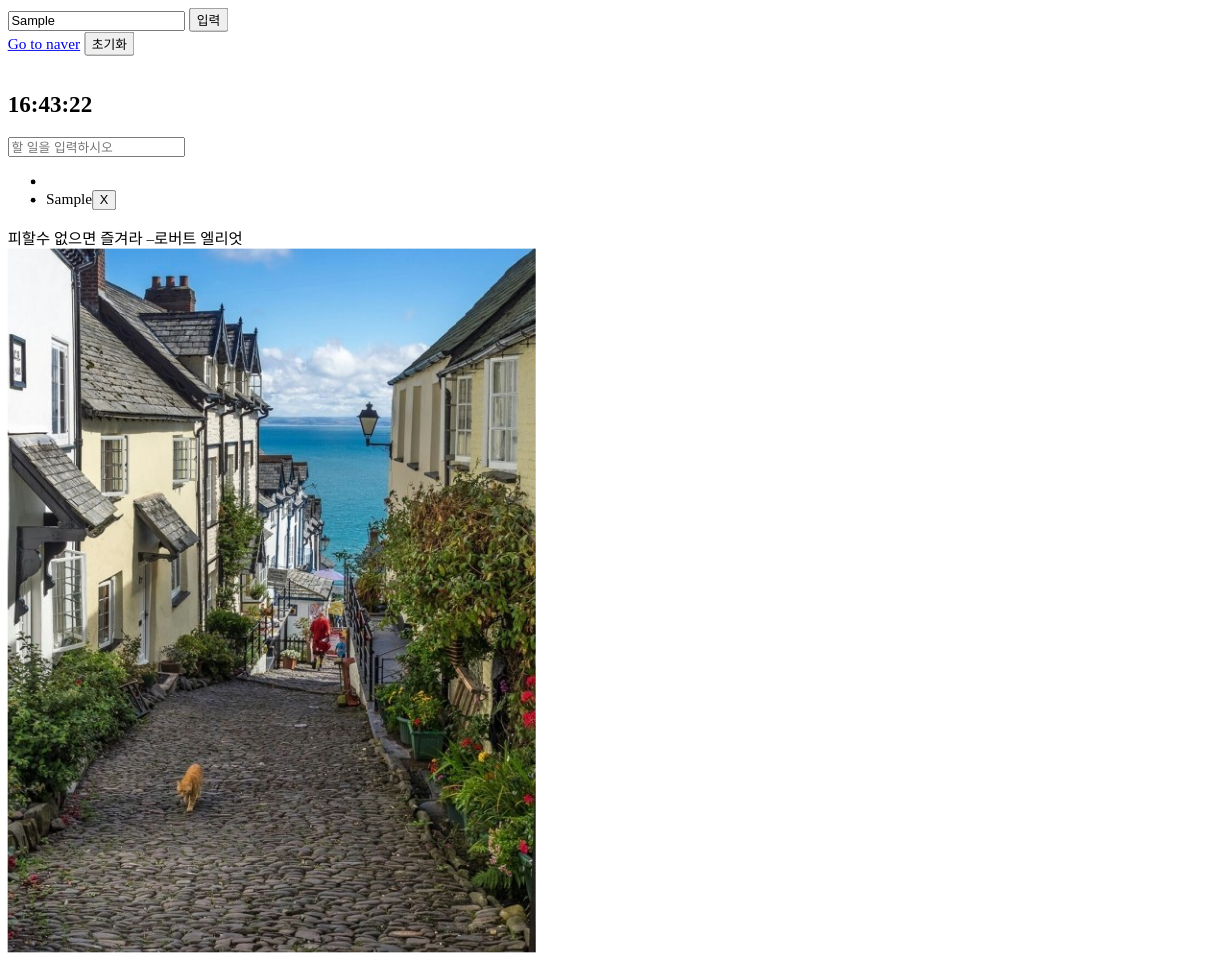
Repository: jun01270/F-E-practice
Page: index.html
The author's editor kept a copy of each file at every save. The page is drawn from the files as they stood at one save, then again after the next save.
The browser window is 1280 px wide. The pictures show the whole page, at 96% of full size.
Empty fields were first filled with sample values (such as "Sample", 5 or name@example.com).
After loading, the first visible `#todo-form` was submitted once.

Above is the page before, as saved 2022-12-26 17:24:58.

### index.html
<!DOCTYPE html>
<html lang="en">
  <head>
    <meta charset="UTF-8" />
    <meta http-equiv="X-UA-Compatible" content="IE=edge" />
    <meta name="viewport" content="width=device-width, initial-scale=1.0" />
    <link rel="stylesheet" href="/css/style.css" />
    <title>Document</title>
  </head>
  <body>
    <form id="userName-form" class="hidden">
      <input required type="text" placeholder="이름이 뭔가요?" />
      <input type="submit" value="입력" />
    </form>
    <div>
      <a href="https://naver.com">Go to naver</a>
      <h1 id="result" class="hidden"></h1>
      <button class="boom">초기화</button>
    </div>
    <br />
    <h2 id="clock">00:00:00</h2>
    <form id="todo-form">
      <input type="text" placeholder="할 일을 입력하시오" />
    </form>
    <ul id="todo-list">
      <li></li>
    </ul>
    <div id="quote">
      <span></span>
      <span></span>
    </div>
    <script src="/js/greeting.js"></script>
    <script src="/js/clock.js"></script>
    <script src="/js/quotes.js"></script>
    <script src="/js/background.js"></script>
    <script src="js/todo.js"></script>
  </body>
</html>

### js/greeting.js
const userNameBtn = document.querySelector("#userName-form submit");
const userName = document.querySelector("#userName-form input");
const loginForm = document.querySelector("#userName-form");
const firstH1 = document.getElementById("result");
const SavedUserName = localStorage.getItem("username");
const HIDDEN_CLASSNAME = "hidden";
const toStart = document.querySelector("button.boom");

function loginResult(e) {
  e.preventDefault();
  loginForm.classList.add(HIDDEN_CLASSNAME);
  const userName1 = userName.value;
  localStorage.setItem("username", userName1);
  paintUserName();
}

function paintUserName() {
  const userName1 = localStorage.getItem("username");
  firstH1.innerText = `Hello ${userName1}`;
  firstH1.classList.remove(HIDDEN_CLASSNAME);
}

if (SavedUserName === null) {
  loginForm.classList.remove(HIDDEN_CLASSNAME);
  loginForm.addEventListener("submit", loginResult);
} else {
  paintUserName();
}

function deleteUserName() {
  localStorage.removeItem("username");
  location.reload();
}

toStart.addEventListener("click", deleteUserName);
console.log(toStart.className);

### js/clock.js
const clock = document.querySelector("h2#clock");

function getClock() {
  const date = new Date();
  let Hours = String(date.getHours()).padStart(2, "0");
  let Minutes = String(date.getMinutes()).padStart(2, "0");
  let Seconds = String(date.getSeconds()).padStart(2, "0");
  console.log(`${date.getHours()}:${date.getMinutes()}:${date.getSeconds()}`);
  clock.innerText = `${Hours}:${Minutes}:${Seconds}`;
}

getClock();
setInterval(getClock, 1000);

### js/quotes.js
const quotes = [
  {
    quote: "삶이 있는 한 희망은 있다",
    author: "-키케로",
  },
  {
    quote: "산다는것 그것은 치열한 전투이다.",
    author: "-로망로랑",
  },
  {
    quote: "하루에 3시간을 걸으면 7년 후에 지구를 한바퀴 돌 수 있다. ",
    author: "-사무엘존슨",
  },
  {
    quote: "언제나 현재에 집중할수 있다면 행복할것이다. ",
    author: "-파울로 코엘료",
  },
  {
    quote:
      "진정으로 웃으려면 고통을 참아야하며 , 나아가 고통을 즐길 줄 알아야 해 ",
    author: "-찰리 채플린",
  },
  {
    quote: "직업에서 행복을 찾아라. 아니면 행복이 무엇인지 절대 모를 것이다 ",
    author: "-엘버트 허버드",
  },
  {
    quote: "신은 용기있는자를 결코 버리지 않는다 ",
    author: "-켄러",
  },
  {
    quote:
      "행복의 문이 하나 닫히면 다른 문이 열린다 그러나 우리는 종종 닫힌 문을 멍하니 바라보다가 우리를 향해 열린 문을 보지 못하게 된다 ",
    author: "–헬렌켈러",
  },
  {
    quote: "피할수 없으면 즐겨라 ",
    author: "–로버트 엘리엇",
  },
];
const quoteCount = quotes.length;
const quote = document.querySelector("#quote span:first-child");
const author = document.querySelector("#quote span:last-child");
const todaysQuote = quotes[Math.floor(Math.random() * quoteCount)];

function showQuote() {
  console.log(quotes[Math.floor(Math.random() * quoteCount)]);
  quote.innerText = todaysQuote.quote;
  author.innerText = todaysQuote.author;
}

setInterval(showQuote, 1000);

### js/background.js
const images = ["flower.jpg", "street.jpg", "tree.jpg"];
const chosenImage = images[Math.floor(Math.random() * images.length)];
const bgImage = document.createElement("img");

bgImage.src = `img/${chosenImage}`;

document.body.appendChild(bgImage);

### js/todo.js
const toDoForm = document.getElementById("todo-form");
const toDoInput = document.querySelector("#todo-form input");
const toDoList = document.getElementById("todo-list");
const TODOS_KEY = "todos";
let toDos = [];

function saveToDoLists() {
  localStorage.setItem(TODOS_KEY, JSON.stringify(toDos));
}

function deleteToDo(e) {
  const todoLists = e.target.parentElement;
  console.log(e.target.parentElement);
  todoLists.remove();
  localStorage.removeItem(TODOS_KEY, todoLists);
}

function paintToDo(newToDo) {
  const listOfToDo = document.createElement("li");
  const span = document.createElement("span");
  span.innerText = newToDo;
  const deleteButton = document.createElement("button");
  deleteButton.innerText = "X";
  deleteButton.addEventListener("click", deleteToDo);
  listOfToDo.appendChild(span);
  listOfToDo.appendChild(deleteButton);
  toDoList.appendChild(listOfToDo);
}

function handleToDoSubmit(e) {
  e.preventDefault();
  const newToDo = toDoInput.value;
  toDoInput.value = "";
  const newToDoObj = {
    text: newToDo,
    Id: Date.now(),
  };
  toDos.push(newToDoObj);
  paintToDo(newToDo);
  saveToDoLists();
}

toDoForm.addEventListener("submit", handleToDoSubmit);

const getToDo = localStorage.getItem(TODOS_KEY);
if (getToDo !== null) {
  const parseToDo = JSON.parse(getToDo);
  toDos = parseToDo;
  parseToDo.forEach(paintToDo);
  console.dir(parseToDo);
}

Loaded but not shown: css/style.css (common file)

After the next save:
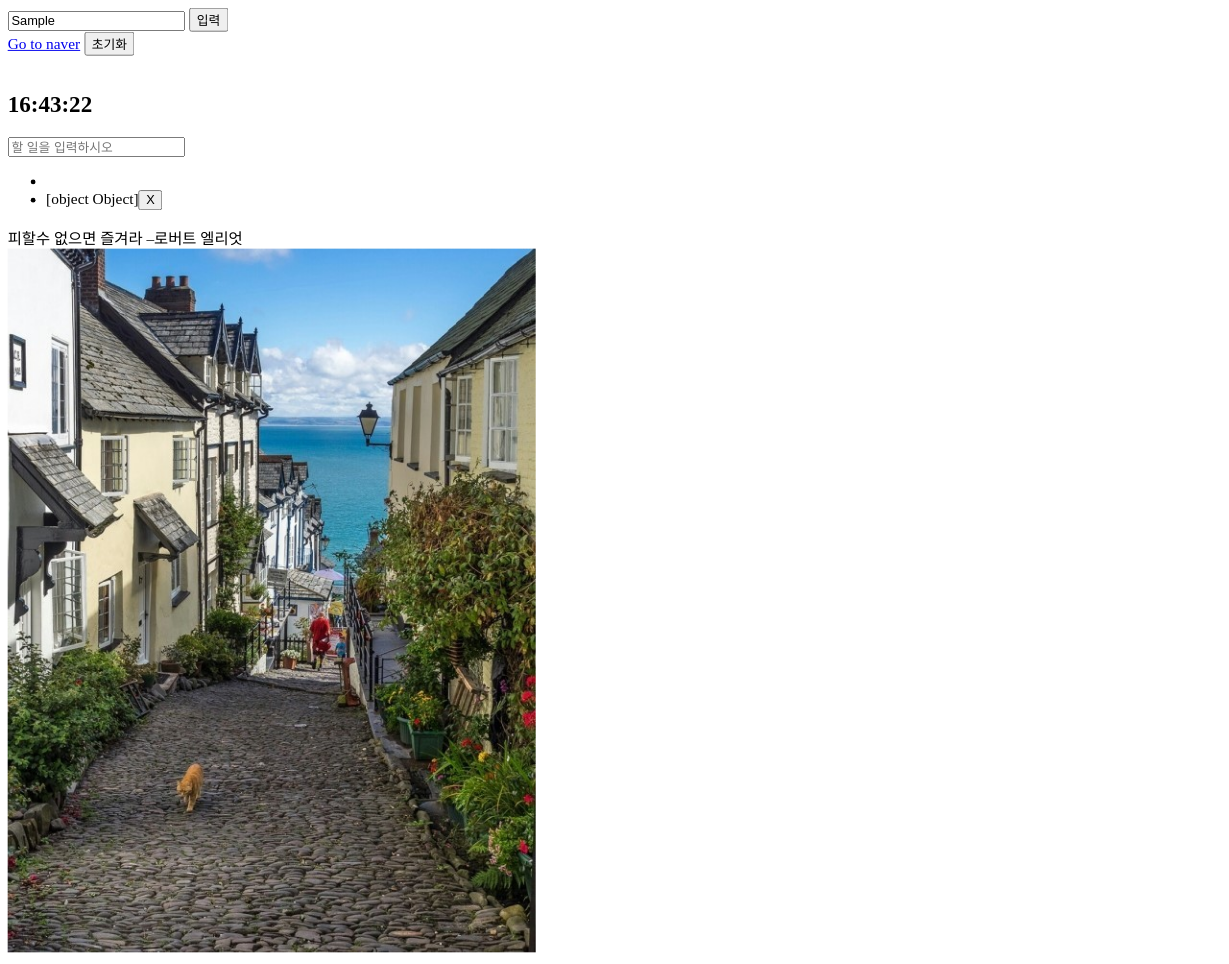
Saved 89 s later.
--- a/js/todo.js
+++ b/js/todo.js
@@ -10,7 +10,6 @@
 
 function deleteToDo(e) {
   const todoLists = e.target.parentElement;
-  console.log(e.target.parentElement);
   todoLists.remove();
   localStorage.removeItem(TODOS_KEY, todoLists);
 }
@@ -36,7 +35,7 @@
     Id: Date.now(),
   };
   toDos.push(newToDoObj);
-  paintToDo(newToDo);
+  paintToDo(newToDoObj);
   saveToDoLists();
 }
 

After the save that followed:
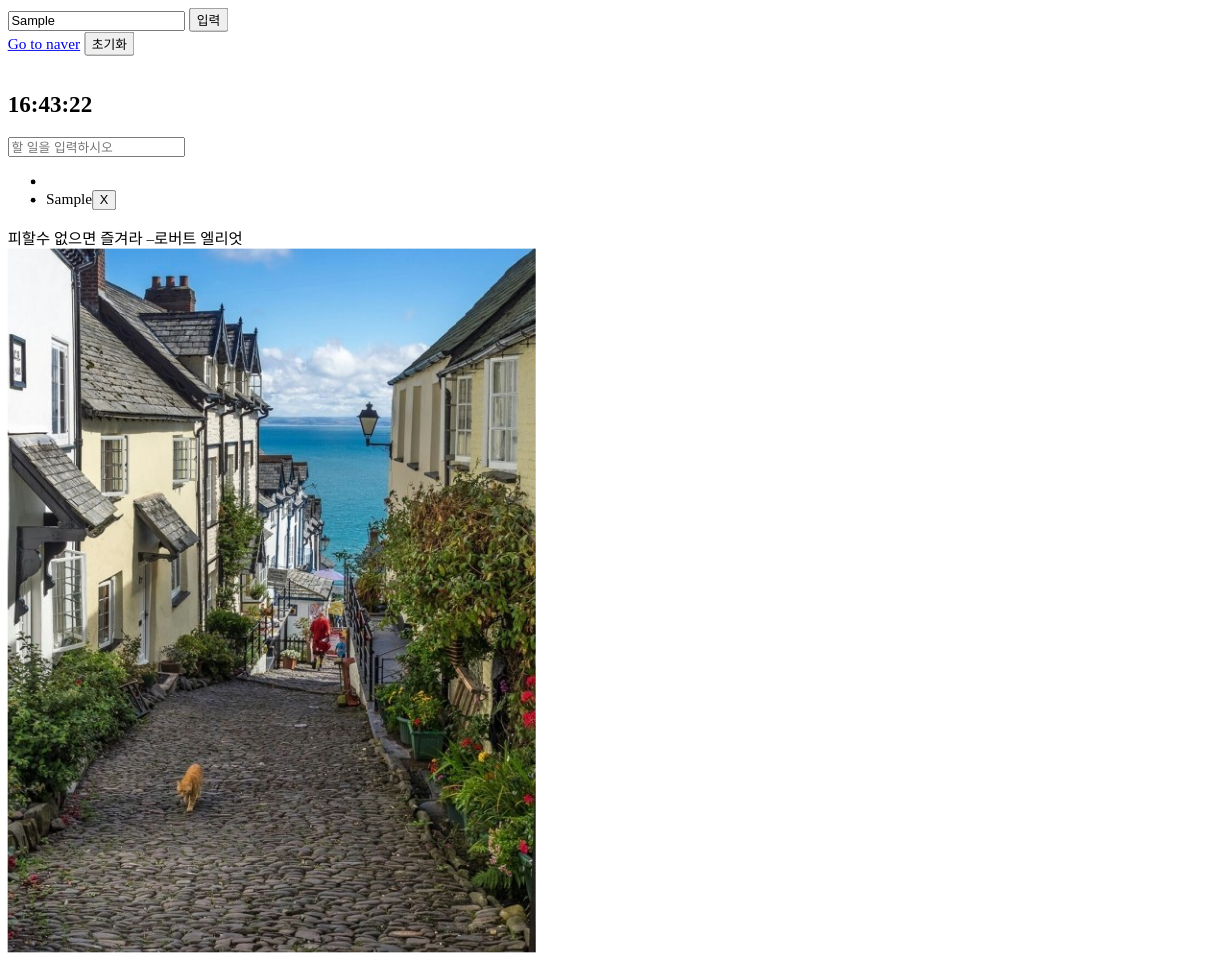
Saved 2 min 39 s later.
--- a/js/todo.js
+++ b/js/todo.js
@@ -14,10 +14,10 @@
   localStorage.removeItem(TODOS_KEY, todoLists);
 }
 
-function paintToDo(newToDo) {
+function paintToDo(newToDoObj) {
   const listOfToDo = document.createElement("li");
   const span = document.createElement("span");
-  span.innerText = newToDo;
+  span.innerText = newToDoObj.text;
   const deleteButton = document.createElement("button");
   deleteButton.innerText = "X";
   deleteButton.addEventListener("click", deleteToDo);
